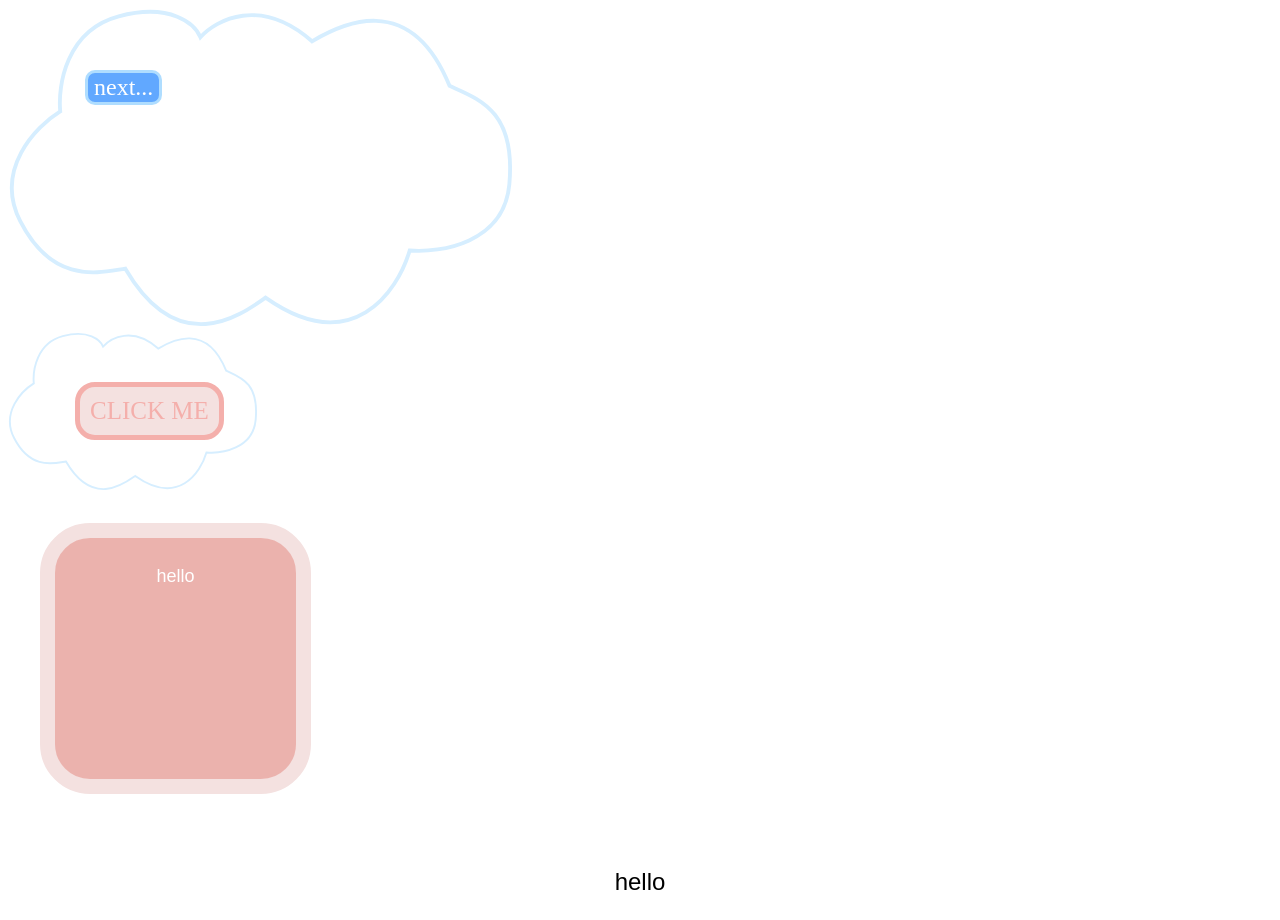
Repository: SoleilDagneau/MDIA2109Midterm
Page: index.html
These files come from the project's save history. The page is drawn as it stood at one moment and after a run of saves; the edit follows.
The browser window is 1280 px wide. The pictures show the whole page.
Some web fonts or font styles are not loaded; a fallback is used.

Above is the page before, as saved 2022-03-01 19:48:20.

After the next 3 saves:
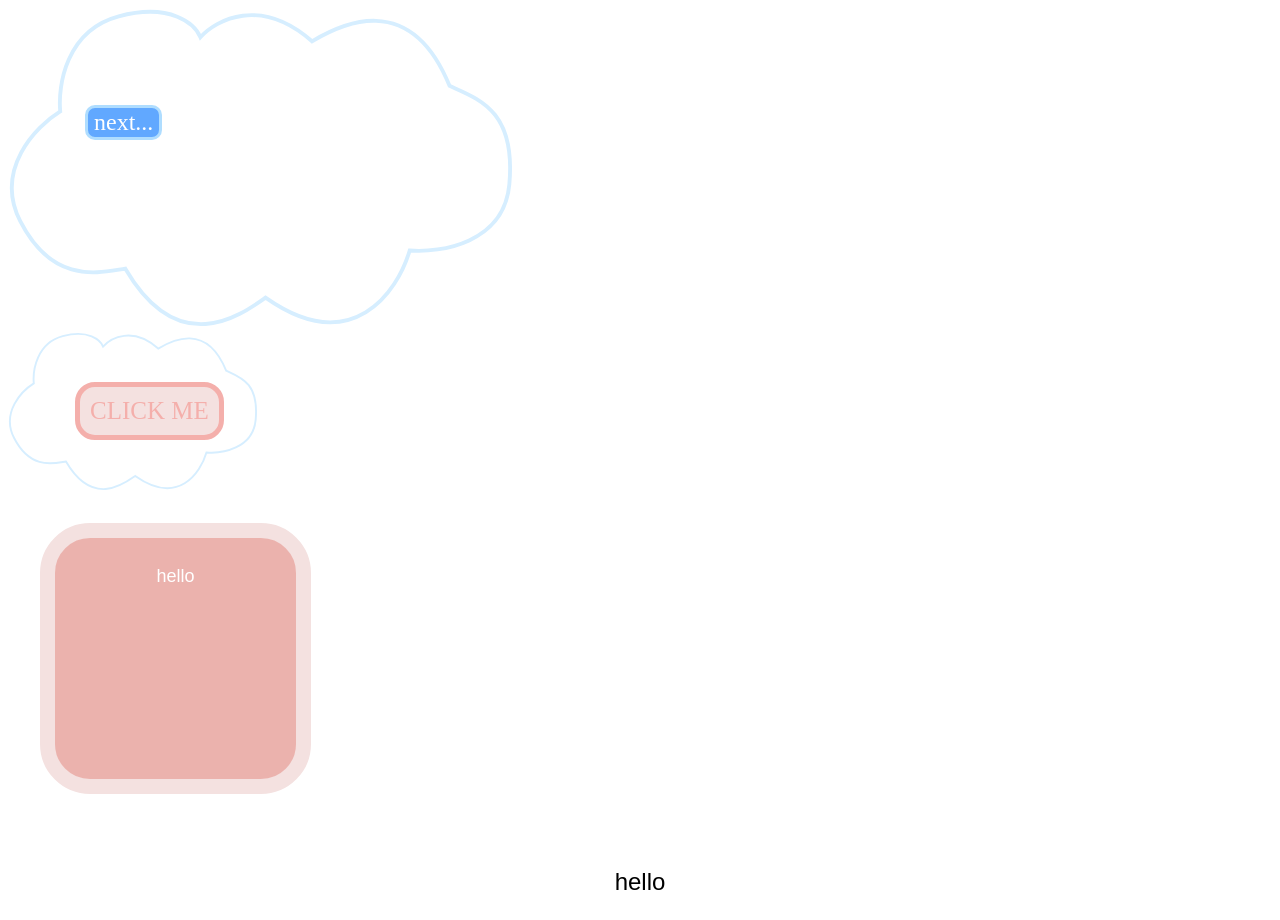
The 3 saves are shown as one change because they came seconds apart.
The last was saved 9 s later.
--- a/utils/speechbubble.js
+++ b/utils/speechbubble.js
@@ -15,7 +15,7 @@ template_speechbub.innerHTML = `
         margin:65px;
         display:flex;
         position:absolute;
-        top:5px;
+        top:40px;
         left: 20px;
 
     }
